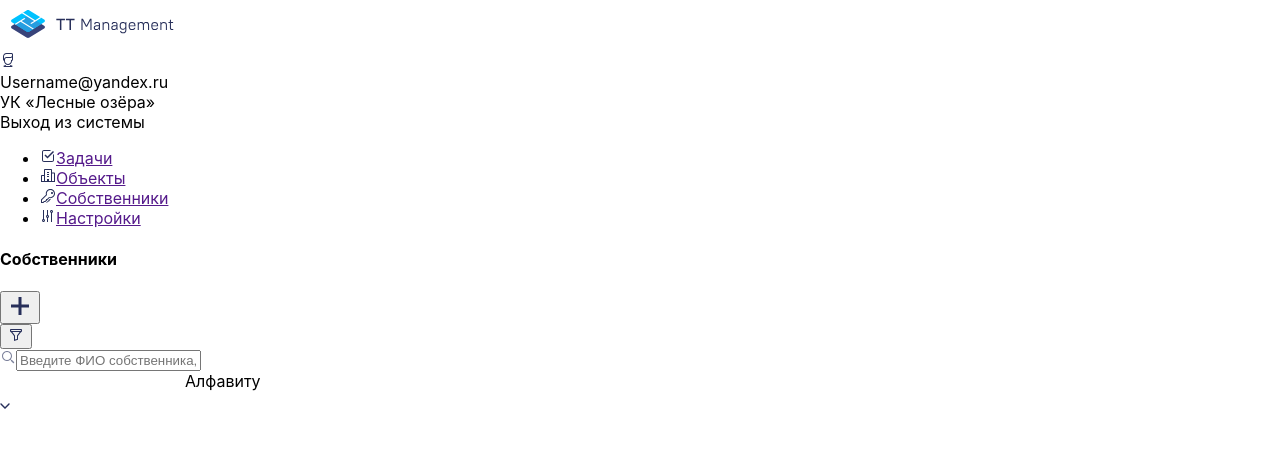
Repository: TryBr/tt-management
Page: /tasks
An editor plug-in stored every save of this project. The page is shown before and after the next save, followed by the edit.
The browser window is 1280 px wide. The pictures show the whole page.
The project was rebuilt for these pictures with package versions that can differ from the ones it lists, and the page was loaded fresh each time. Also part of the build but not shown: src/App.css, src/TaskDetail.js.

Above is the page before, as saved 2020-07-20 01:29:26.

After the next save:
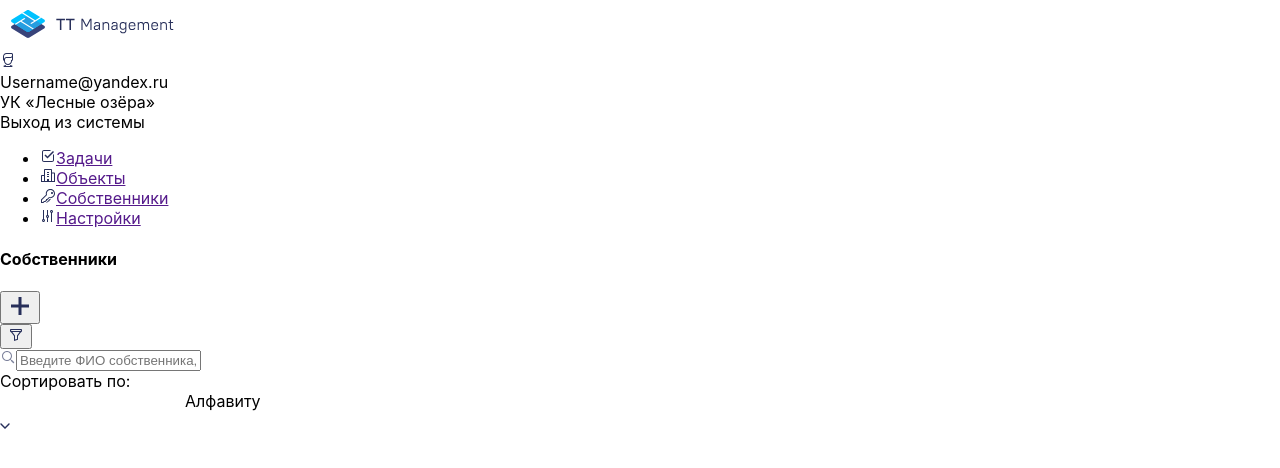
Saved 33 s later.
--- a/src/Owners.js
+++ b/src/Owners.js
@@ -58,6 +58,7 @@ export default class Owners extends Component {
                                 <Input placeholder="Введите ФИО собственника, адрес квартиры или лицевой счет" prefix={<SearchInputIcon />} />
                         </Col>
                         <Col span={5}>
+                        <div className="select-title">Сортировать по: </div>
                         <Select defaultValue="abc" suffixIcon={ <SelectIconPrefix /> }>
                                 <Option value="abc">Алфавиту</Option>
                                 <Option value="noabc">Не алфавиту</Option>
